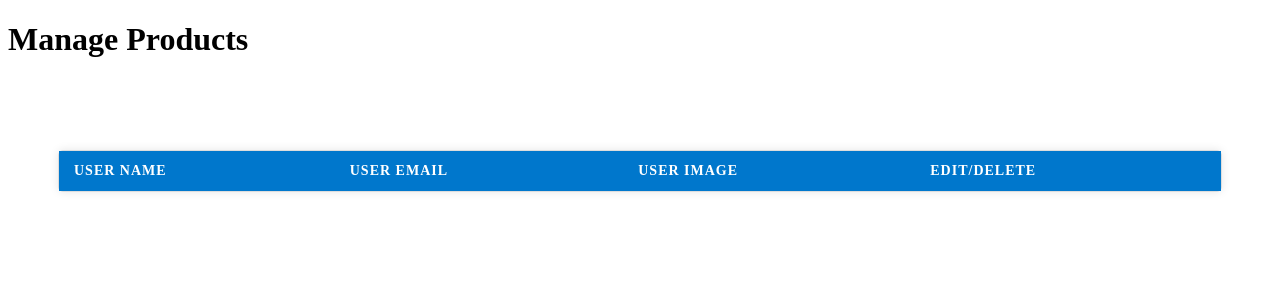
Repository: ScreamingSyntax/HamroPasal
Page: http://localhost/HamroPasal/View/ManageUsers.jsp
An editor plug-in stored every save of this project. The page is shown before and after the next save, followed by the edit.
The browser window is 1280 px wide. The pictures show the whole page.
The page is served by Tomcat 9. Nobody is signed in. The application's start-up code is not run.

Above is the page before, as saved 2023-05-06 20:28:10.

After the next save:
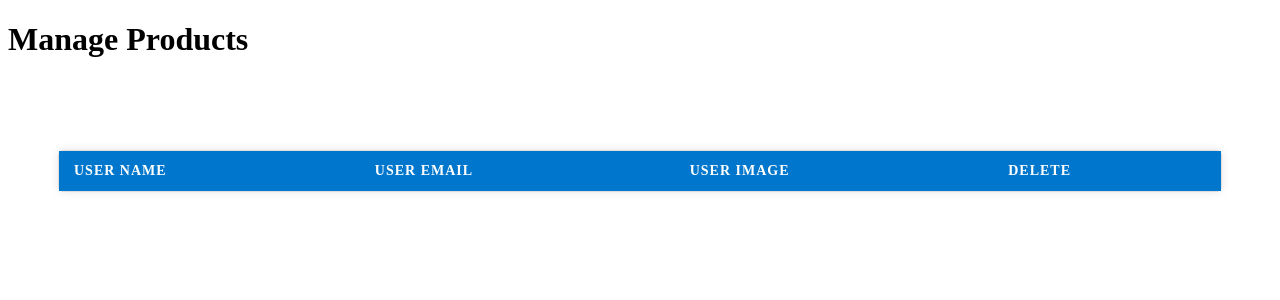
Saved 55 s later.
--- a/HamroPasal/src/main/webapp/View/ManageUsers.jsp
+++ b/HamroPasal/src/main/webapp/View/ManageUsers.jsp
@@ -77,16 +77,15 @@
             <th>User Name</th>
             <th>User Email</th>
             <th>User Image</th>
-            <th>Edit/Delete</th>
+            <th>Delete</th>
           </tr>
           <c:forEach var="st" items="${userList}">
             <tr>
               <td>${st.name}</td>
               <td>${st.email}</td>
-              <td><img src="Images/${st.productImagePath}" alt="Images/${st.productImagePath}" height="100px" width="100px"></td>
+              <td><img src="Images/${st.imagePath}" alt="Images/${st.imagePath}" height="100px" width="100px"></td>
               <td>
                 <div style="margin:10px;">
-                  <a href="${pageContext.request.contextPath}/editproducts?id=${st.id}">Edit</a>
                 </div>
                 <div style="margin:10px;">
                   <a href="${pageContext.request.contextPath}/deleteproducts?id=${st.id}">Delete</a>
